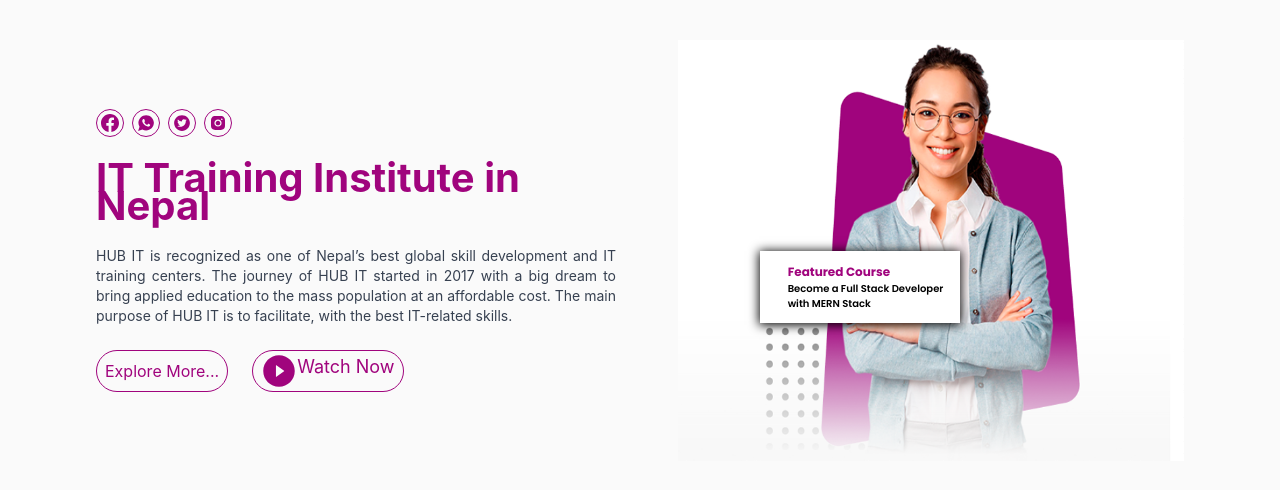
Repository: praveenmunagapati/hgllearnv2
Page: /HomePage/Home
The author's editor kept a copy of each file at every save. The page is drawn from the files as they stood at one save, then again after the next save.
The browser window is 1280 px wide. The pictures show the whole page.
The project was rebuilt for these pictures with package versions that can differ from the ones it lists, and the page was loaded fresh each time. The framework's server and built-in components were replaced by stand-ins that run in the browser. Also part of the build but not shown: next.config.js.

Above is the page before, as saved 2023-01-03 14:26:04.

After the next save:
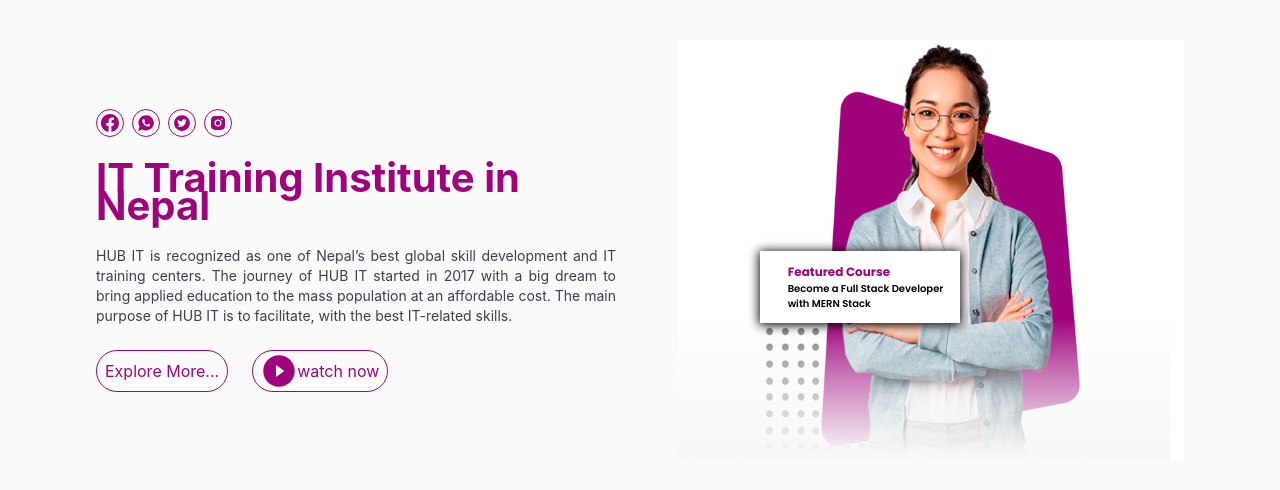
Saved 96 s later.
--- a/pages/HomePage/Home.jsx
+++ b/pages/HomePage/Home.jsx
@@ -53,9 +53,7 @@
             <div className=" h-max items-center cursor-pointer">
               <div className="flex border-[1.5px] border-[#A0047D] rounded-full mr-6 px-2 py-[2px] text-sm xl:text-base xxl:text-lg text-main hover:scale-105 transition-all ease-in-out duration-300 delay-100 hover:bg-main hover:text-white">
                 <AiFillPlayCircle className="text-[#a0047d] text-2xl md:hidden xl:text-4xl xxl:text-5xl" />
-                <p className=" md:text-base xl:text-lg xxl:text-xl text-[#a0047d] ">
-                  Watch Now
-                </p>
+                <button>watch now</button>
               </div>
             </div>
           </div>
